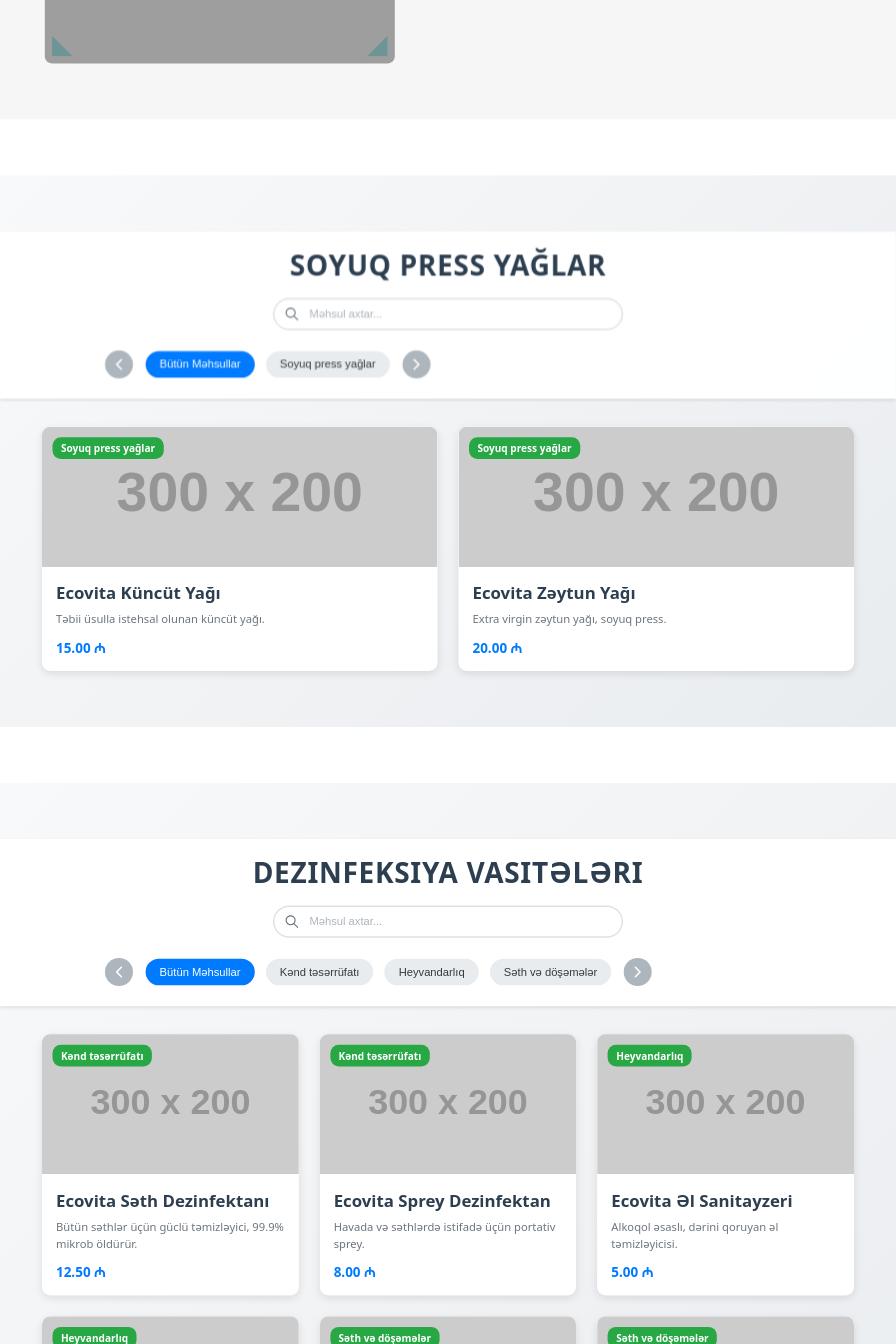
Repository: ferhadsultan98/ecovita
Page: /
The author's editor kept a copy of each file at every save. The page is drawn from the files as they stood at one save, then again after the next save.
The browser window is 1280 px wide. The pictures show the part of the page from y = 1382 to 3302 px (the page is 4209 px tall), at 70% of full size.
Pictures or frames that could not be fetched are drawn as grey boxes. The project was rebuilt for these pictures with package versions that can differ from the ones it lists, and the page was loaded fresh each time. Also part of the build but not shown: vite.config.js.

Above is the page before, as saved 2025-05-06 11:39:08.

### index.html
<!doctype html>
<html lang="en">
  <head>
    <meta charset="UTF-8" />
    <meta name="viewport" content="width=device-width, initial-scale=1.0" />
    <link rel="shortcut icon" href="./public/assets/Fotolar/Ecovita-12.png" type="image/x-icon">
    <title>Ecovita - Təbiətdən gələn sağlamlıq</title>
  </head>
  <body>
    <div id="root"></div>
    <script type="module" src="/src/main.jsx"></script>
  </body>
</html>

### src/App.jsx
import React from "react";
import "./App.scss";
import MainLayout from "./Components/Common/MainLayout";
import Home from "./Pages/Home/Home";
import MenuSection from "./Pages/MenuSection/MenuSection";

function App() {
  return (
    <div className="app-container">
      <MainLayout>
        <Home />
        <MenuSection />
      </MainLayout>
    </div>
  );
}

export default App;

### src/App.scss
* {
  margin: 0;
  padding: 0;
  box-sizing: border-box;
}

body {
  font-family: system-ui, -apple-system, BlinkMacSystemFont, "Segoe UI", Roboto,
    Oxygen, Ubuntu, Cantarell, "Open Sans", "Helvetica Neue", sans-serif;
}

### src/Components/Common/MainLayout.jsx
import React from 'react';
import Header from './Header/Header';
import Footer from './Footer/Footer';

const MainLayout = ({ children }) => {
  return (
    <>
      <Header />
      {children}
      <Footer />
    </>
  );
};

export default MainLayout;

### src/Components/Common/Header/Header.jsx
import { useState, useEffect, useRef } from "react";
import "./Header.scss";
import { motion, AnimatePresence } from "framer-motion";
import { FaSyringe, FaChevronDown } from "react-icons/fa";
import EcovitaLogo from '../../../../public/assets/Fotolar/logo.png';

const Header = () => {
  const [scrolled, setScrolled] = useState(false);
  const [isDropdownOpen, setIsDropdownOpen] = useState(false);
  const dropdownRef = useRef(null);

  useEffect(() => {
    const handleScroll = () => {
      setScrolled(window.scrollY > 20);
    };

    window.addEventListener("scroll", handleScroll);
    return () => window.removeEventListener("scroll", handleScroll);
  }, []);

  useEffect(() => {
    const handleClickOutside = (event) => {
      if (dropdownRef.current && !dropdownRef.current.contains(event.target)) {
        setIsDropdownOpen(false);
      }
    };

    document.addEventListener("mousedown", handleClickOutside);
    return () => document.removeEventListener("mousedown", handleClickOutside);
  }, []);

  const scrollToTop = () => {
    window.scrollTo({ top: 0, behavior: "smooth" });
  };

  const scrollToSection = (sectionId) => {
    const section = document.getElementById(sectionId);
    if (section) {
      section.scrollIntoView({ behavior: "smooth", block: "start" });
      setIsDropdownOpen(false);
    }
  };

  const dropdownVariants = {
    hidden: { opacity: 0, y: -10, scale: 0.95 },
    visible: { opacity: 1, y: 0, scale: 1 },
    exit: { opacity: 0, y: -10, scale: 0.95 }
  };

  return (
    <header className={`header ${scrolled ? "scrolled" : ""}`}>
      <div className="header-container">
        <a onClick={scrollToTop} className="logo">
          <img src={EcovitaLogo} alt="Ecovita_logo" />
        </a>
        <div className="products-dropdown" ref={dropdownRef}>
          <button
            className="products-button"
            onMouseEnter={() => setIsDropdownOpen(true)}
            onClick={() => setIsDropdownOpen(!isDropdownOpen)}
          >
            Məhsullar
            <span className="products-icon">
              <FaSyringe />
            </span>
            <FaChevronDown className={`chevron-icon ${isDropdownOpen ? "open" : ""}`} />
          </button>
          <AnimatePresence>
            {isDropdownOpen && (
              <motion.ul
                className="dropdown-menu"
                variants={dropdownVariants}
                initial="hidden"
                animate="visible"
                exit="exit"
                transition={{ duration: 0.2, ease: "easeInOut" }}
                onMouseLeave={() => setIsDropdownOpen(false)}
              >
                <li onClick={() => scrollToSection("cold-pressed-oils")}>
                  Soyuq press yağlar
                </li>
                <li onClick={() => scrollToSection("disinfectants")}>
                  Dezinfeksiya vasitələri
                </li>
              </motion.ul>
            )}
          </AnimatePresence>
        </div>
      </div>
    </header>
  );
};

export default Header;

### src/Components/Common/Footer/Footer.jsx
import React, { useState, useEffect } from "react";
import "./Footer.scss";
import { IoIosArrowUp } from "react-icons/io";
import { GrFacebookOption } from "react-icons/gr";
import {
  FaInstagram,
  FaTwitter,
  FaMapMarkerAlt,
  FaPhoneAlt,
  FaEnvelope,
  FaClock,
} from "react-icons/fa";
import footerLogo from "../../../../public/assets/Fotolar/logo.png";

const Footer = () => {
  const [showScrollTop, setShowScrollTop] = useState(false);
  const currentYear = new Date().getFullYear();

  useEffect(() => {
    const handleScroll = () => {
      setShowScrollTop(window.scrollY > 300);
    };

    window.addEventListener("scroll", handleScroll);
    return () => window.removeEventListener("scroll", handleScroll);
  }, []);

  const scrollToTop = () => {
    window.scrollTo({ top: 0, behavior: "smooth" });
  };

  return (
    <footer className="footer">
      <div className="footerContent">
        <div className="container">
          <div className="footerMain">
            <div className="footerInfo">
              <img src={footerLogo} alt="footerLogo" className="footerLogo" />
              <p className="footerDescription">
                “Ecovita” Məhdud Məsuliyyətli Cəmiyyəti 2022-ci ildə təsis
                edilmişdir. Şirkətin istehsal etdiyi məhsullar müasir
                avadanlıqlardan istifadə olunmaqla yalnız Azərbaycan
                Respublikasının ərazisində yabanı halda yetişən müalicəvi
                xüsusiyyətlərə malik bitkilərdən əldə olunur.
              </p>
              <div className="footerContactItems">
                <div className="contactItem">
                  <FaMapMarkerAlt />
                  <span>
                    Azərbaycan Respublikası, AZ1052, Bakı şəhəri, N.Nərimanov
                    rayonu, Əliyar Əliyev 52A
                  </span>
                </div>
                <div className="contactItem">
                  <FaPhoneAlt />
                  <span>+994(99) 345 12 34</span>
                </div>
                <div className="contactItem">
                  <FaEnvelope />
                  <span>info@ecoway.az</span>
                </div>
                <div className="contactItem">
                  <FaClock />
                  <span>09:00-18:00</span>
                </div>
              </div>
            </div>

            <div className="footerConnect">
              <h4>Connect With Us</h4>
              <div className="socialIcons">
                <a
                  href="https://www.facebook.com/puresafesolutions"
                  aria-label="Facebook"
                  className="socialIcon"
                  target="_blank"
                  rel="noopener noreferrer"
                >
                  <GrFacebookOption />
                </a>
                <a
                  href="https://www.instagram.com/puresafesolutions"
                  aria-label="Instagram"
                  className="socialIcon"
                  target="_blank"
                  rel="noopener noreferrer"
                >
                  <FaInstagram />
                </a>
                <a
                  href="https://www.twitter.com/puresafesolutions"
                  aria-label="Twitter"
                  className="socialIcon"
                  target="_blank"
                  rel="noopener noreferrer"
                >
                  <FaTwitter />
                </a>
              </div>
              <div className="footerActions">
                <a
                  href="https://www.google.com/maps"
                  className="footerBtn mapBtn"
                  target="_blank"
                  rel="noopener noreferrer"
                >
                  View Map
                </a>
              </div>
            </div>
          </div>

          <div className="footerDivider"></div>

          <div className="footerBottom">
            <p className="copyright">
              © {currentYear}{" "}
              <a
                href="https://pmsystems.az/"
                target="_blank"
                rel="noopener noreferrer"
              >
                <span>Created by PM Systems</span>.
              </a>{" "}
              All Rights Reserved
            </p>
          </div>
        </div>
      </div>

      <div
        className={`scrollTop ${showScrollTop ? "visible pulse" : ""}`}
        onClick={scrollToTop}
        aria-label="Scroll to top"
      >
        <IoIosArrowUp />
      </div>
    </footer>
  );
};

export default Footer;

### src/Pages/MenuSection/MenuSection.scss
/* MenuSection Styling with Nested SCSS */
.menu-section {
  width: 100%;
  padding: 80px 0 40px;
  background: linear-gradient(135deg, #f8f9fa 0%, #e9ecef 100%);
  position: relative;
  z-index: 10;
  margin-top: 80px; /* Space for fixed header */

  .menu-navbar-wrapper {
    position: sticky;
    top: 80px; /* Below header */
    background: rgba(255, 255, 255, 0.95);
    box-shadow: 0 2px 4px rgba(0, 0, 0, 0.1);
    backdrop-filter: blur(10px);
    z-index: 100;
    transition: all 0.3s ease;

    &.sticky {
      box-shadow: 0 4px 8px rgba(0, 0, 0, 0.15);
    }

    .container {
      max-width: 1200px;
      margin: 0 auto;
      padding: 0 20px;

      .error-message {
        color: #dc3545;
        text-align: center;
        padding: 10px;
        background: #ffe5e5;
        border-radius: 8px;
        margin-bottom: 20px;
      }

      .menu-navbar-content {
        padding: 20px 0;

        .section-title {
          font-size: 2.5rem;
          font-weight: 700;
          color: #2c3e50;
          margin: 0 0 20px;
          text-align: center;
          text-transform: uppercase;
          letter-spacing: 1px;
        }

        .menu-search {
          display: flex;
          justify-content: center;
          margin-bottom: 20px;

          .search-input-wrapper {
            position: relative;
            width: 100%;
            max-width: 500px;

            .search-icon {
              position: absolute;
              top: 50%;
              left: 15px;
              transform: translateY(-50%);
              color: #6c757d;
              font-size: 1.5rem;
            }

            .search-input {
              width: 100%;
              padding: 12px 20px 12px 50px;
              border: 2px solid #dee2e6;
              border-radius: 25px;
              font-size: 1rem;
              color: #343a40;
              transition: all 0.3s ease;

              &:focus {
                outline: none;
                border-color: #007bff;
                box-shadow: 0 0 8px rgba(0, 123, 255, 0.3);
              }

              &::placeholder {
                color: #adb5bd;
              }
            }

            .clear-search-button {
              position: absolute;
              top: 50%;
              right: 15px;
              transform: translateY(-50%);
              background: #dc3545;
              color: white;
              border: none;
              border-radius: 50%;
              width: 24px;
              height: 24px;
              display: flex;
              align-items: center;
              justify-content: center;
              cursor: pointer;
              font-size: 1rem;
              transition: all 0.3s ease;

              &:hover {
                background: #c82333;
              }
            }
          }
        }

        .menu-filter {
          display: flex;
          justify-content: center;
          align-items: center;

          .menu-filter-container {
            display: flex;
            align-items: center;
            width: 100%;
            max-width: 1000px;
            position: relative;

            .scroll-button {
              background: #007bff;
              color: white;
              border: none;
              border-radius: 50%;
              width: 40px;
              height: 40px;
              display: flex;
              align-items: center;
              justify-content: center;
              cursor: pointer;
              transition: all 0.3s ease;
              margin: 0 10px;

              &:hover {
                background: #0056b3;
              }

              &.scroll-button-disabled {
                background: #adb5bd;
                cursor: not-allowed;
              }
            }

            .menu-filter-list {
              display: flex;
              overflow-x: auto;
              scroll-behavior: smooth;
              padding: 10px 0;
              scrollbar-width: none;

              &::-webkit-scrollbar {
                display: none;
              }

              .menu-filter-item {
                flex: 0 0 auto;
                margin: 0 8px;

                .menu-filter-button {
                  background: #e9ecef;
                  border: none;
                  border-radius: 20px;
                  padding: 10px 20px;
                  font-size: 1rem;
                  color: #343a40;
                  cursor: pointer;
                  transition: all 0.3s ease;
                  white-space: nowrap;

                  &:hover {
                    background: #dee2e6;
                  }

                  &.menu-filter-button-active {
                    background: #007bff;
                    color: white;

                    &:hover {
                      background: #0056b3;
                    }
                  }
                }
              }
            }
          }
        }
      }
    }
  }

  .menu-content {
    max-width: 1200px;
    margin: 0 auto;
    padding: 40px 20px;

    .menu-grid {
      display: grid;
      grid-template-columns: repeat(auto-fit, minmax(280px, 1fr));
      gap: 30px;

      .menu-item {
        .menu-item-card {
          background: white;
          border-radius: 12px;
          overflow: hidden;
          box-shadow: 0 4px 12px rgba(0, 0, 0, 0.1);
          transition: all 0.3s ease;

          &:hover {
            transform: translateY(-5px);
            box-shadow: 0 8px 20px rgba(0, 0, 0, 0.15);
          }

          .menu-item-image {
            position: relative;
            width: 100%;
            height: 200px;

            img {
              width: 100%;
              height: 100%;
              object-fit: cover;
            }

            .menu-item-category-badge {
              position: absolute;
              top: 15px;
              left: 15px;
              background: #28a745;
              color: white;
              padding: 6px 12px;
              border-radius: 12px;
              font-size: 0.9rem;
              font-weight: 600;
            }
          }

          .menu-item-content {
            padding: 20px;

            .menu-item-title {
              font-size: 1.5rem;
              font-weight: 600;
              color: #2c3e50;
              margin: 0 0 10px;
            }

            .menu-item-description {
              font-size: 1rem;
              color: #6c757d;
              margin: 0 0 15px;
              line-height: 1.5;
            }

            .menu-item-footer {
              display: flex;
              justify-content: space-between;
              align-items: center;

              .menu-item-price {
                font-size: 1.2rem;
                font-weight: 700;
                color: #007bff;
              }
            }
          }
        }
      }
    }

    .no-results-found {
      text-align: center;
      padding: 40px 20px;

      h3 {
        font-size: 1.8rem;
        color: #2c3e50;
        margin-bottom: 10px;
      }

      p {
        font-size: 1.1rem;
        color: #6c757d;
        margin-bottom: 20px;
      }

      .reset-filter-button {
        background: #dc3545;
        color: white;
        border: none;
        border-radius: 25px;
        padding: 12px 25px;
        font-size: 1rem;
        cursor: pointer;
        transition: all 0.3s ease;

        &:hover {
          background: #c82333;
        }
      }
    }

    .menu-load-more {
      text-align: center;
      margin-top: 40px;

      .load-more-button {
        background: #007bff;
        color: white;
        border: none;
        border-radius: 25px;
        padding: 12px 30px;
        font-size: 1.1rem;
        cursor: pointer;
        transition: all 0.3s ease;

        &:hover {
          background: #0056b3;
        }
      }
    }
  }

  /* Responsive Design */
  @media (max-width: 768px) {
    padding: 60px 0 20px;

    .menu-navbar-wrapper {
      top: 60px;

      .container {
        .menu-navbar-content {
          .section-title {
            font-size: 2rem;
          }

          .menu-search {
            .search-input-wrapper {
              .search-input {
                padding: 10px 15px 10px 40px;
                font-size: 0.9rem;
              }

              .search-icon {
                font-size: 1.2rem;
                left: 12px;
              }
            }
          }

          .menu-filter {
            .menu-filter-container {
              .scroll-button {
                width: 35px;
                height: 35px;
              }

              .menu-filter-list {
                .menu-filter-item {
                  .menu-filter-button {
                    padding: 8px 15px;
                    font-size: 0.9rem;
                  }
                }
              }
            }
          }
        }
      }
    }

    .menu-content {
      .menu-grid {
        grid-template-columns: repeat(auto-fit, minmax(250px, 1fr));
        gap: 20px;

        .menu-item {
          .menu-item-card {
            .menu-item-image {
              height: 180px;
            }

            .menu-item-content {
              .menu-item-title {
                font-size: 1.3rem;
              }

              .menu-item-description {
                font-size: 0.9rem;
              }
            }
          }
        }
      }
    }
  }

  @media (max-width: 480px) {
    padding: 40px 0 20px;

    .menu-navbar-wrapper {
      top: 50px;

      .container {
        .menu-navbar-content {
          .section-title {
            font-size: 1.8rem;
          }

          .menu-search {
            .search-input-wrapper {
              .search-input {
                padding: 8px 12px 8px 35px;
                font-size: 0.85rem;
              }

              .search-icon {
                font-size: 1.1rem;
                left: 10px;
              }
            }
          }

          .menu-filter {
            .menu-filter-container {
              .scroll-button {
                width: 30px;
                height: 30px;
              }

              .menu-filter-list {
                .menu-filter-item {
                  .menu-filter-button {
                    padding: 6px 12px;
                    font-size: 0.85rem;
                  }
                }
              }
            }
          }
        }
      }
    }

    .menu-content {
      .menu-grid {
        grid-template-columns: 1fr;
        gap: 15px;

        .menu-item {
          .menu-item-card {
            .menu-item-image {
              height: 160px;
            }

            .menu-item-content {
              .menu-item-title {
                font-size: 1.2rem;
              }

              .menu-item-description {
                font-size: 0.85rem;
              }
            }
          }
        }
      }
    }
  }
}

### src/Components/Common/Header/Header.scss
$primary-color: #008080; // Teal for health and cleanliness
$secondary-color: #ffffff;
$accent-color: #f5f6f5; // Light gray for clean aesthetic
$text-color: #333333;
$scroll-bg: #ffffff;

.header {
  position: fixed;
  top: 0;
  left: 0;
  width: 100%;
  background: transparent;
  transition: all 0.3s ease;
  z-index: 1000;
  padding: 1rem 0;

  &.scrolled {
    background: $scroll-bg;
    padding: 0.8rem 0;
  }

  .header-container {
    max-width: 1200px;
    margin: 0 auto;
    display: flex;
    align-items: center;

    justify-content: space-between;
    gap: 1rem;
  }

  .logo {
    display: flex;
    align-items: center;
    cursor: pointer;
    text-decoration: none;
    max-height: 80px;

    img {
      height: 100%;
    }
  }

  .products-dropdown {
    position: relative;

    .products-button {
      display: flex;
      align-items: center;
      gap: 0.5rem;
      background: $primary-color;
      color: $secondary-color;
      border: none;
      padding: 0.5rem 1rem;
      border-radius: 5px;
      font-size: 1rem;
      font-weight: 500;
      cursor: pointer;
      transition: background 0.3s ease;

      &:hover {
        background: darken($primary-color, 10%);
      }

      .products-icon {
        font-size: 1.2rem;
      }

      .chevron-icon {
        font-size: 0.8rem;
        transition: transform 0.2s ease;

        &.open {
          transform: rotate(180deg);
        }
      }
    }

    .dropdown-menu {
      position: absolute;
      top: 100%;
      right: 0;
      background: $secondary-color;
      border: 1px solid $accent-color;
      border-radius: 5px;
      margin-top: 0.5rem;
      min-width: 200px;
      box-shadow: 0 4px 8px rgba(0, 0, 0, 0.1);
      list-style: none;
      padding: 0;
      z-index: 3000;

      li {
        padding: 0.75rem 1rem;
        cursor: pointer;
        color: $text-color;
        font-size: 0.9rem;
        transition: background 0.2s ease;

        &:hover {
          background: $accent-color;
        }
      }
    }
  }

  // Responsive design
  @media (max-width: 768px) {
    padding: 1rem 0;

    &.scrolled {
      padding: 0.75rem 0;
    }

    .header-container {
      padding: 0 1rem;
    }

    .products-button {
      font-size: 14px !important;
      padding: 5px !important;

      .products-icon {
        font-size: 12px !important;
      }

      .chevron-icon {
        font-size: 0.7rem;
      }
    }

    .dropdown-menu {
      min-width: 160px;

      li {
        font-size: 0.8rem;
        padding: 0.5rem 0.75rem;
      }
    }
  }

  @media (max-width: 480px) {
    .logo {
      img {
        width: 120px;
      }
    }

    .header-container {
      align-items: center;
      gap: 0.5rem;
    }

    .products-button {
      font-size: 0.8rem;
      padding: 5px;

      .products-icon {
        font-size: 12px;
      }

      .chevron-icon {
        font-size: 0.6rem;
      }
    }

    .dropdown-menu {
      min-width: 140px;
      margin-top: 0.3rem;

      li {
        font-size: 0.75rem;
        padding: 0.4rem 0.6rem;
      }
    }
  }
}

Loaded but not shown: src/main.jsx (common file); src/Pages/MenuSection/MenuSection.jsx (527 lines, source omitted); src/Pages/Home/Home.scss (390 lines, source omitted); src/Pages/Home/Home.jsx (180 lines, source omitted); src/Components/Common/Footer/Footer.scss (300 lines, source omitted); src/index.css (no stored copy; drawn as an empty file)

After the next save:
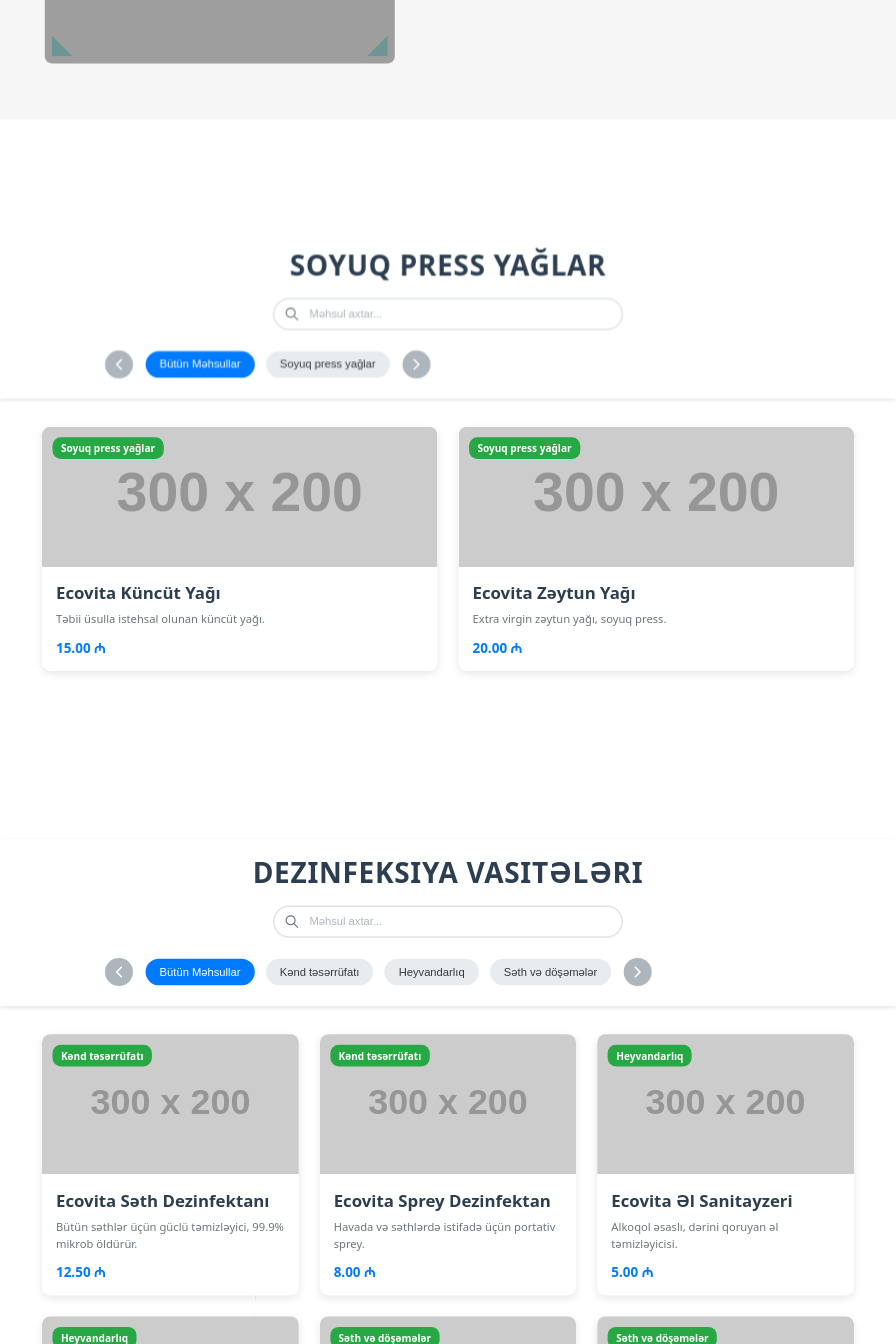
Saved 5 min 23 s later.
--- a/src/Pages/MenuSection/MenuSection.scss
+++ b/src/Pages/MenuSection/MenuSection.scss
@@ -2,7 +2,7 @@
 .menu-section {
   width: 100%;
   padding: 80px 0 40px;
-  background: linear-gradient(135deg, #f8f9fa 0%, #e9ecef 100%);
+
   position: relative;
   z-index: 10;
   margin-top: 80px; /* Space for fixed header */
